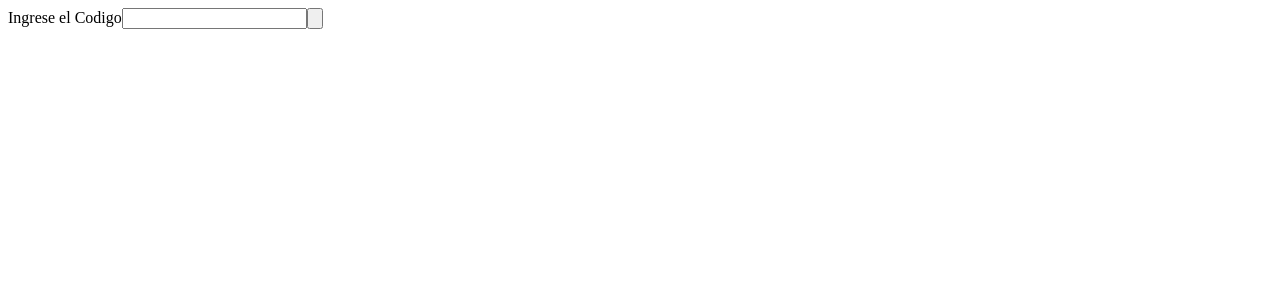
Repository: yoshitomimaehara/sdpa
Page: http://localhost/Sistema_de_Pruebas_Academicas/alumno_consultar.jsp
An editor plug-in stored every save of this project. The page is shown before and after the next save, followed by the edit.
The browser window is 1280 px wide. The pictures show the whole page.
The page is served by Tomcat 9.

Above is the page before, as saved 2013-10-04 23:01:02.

After the next save:
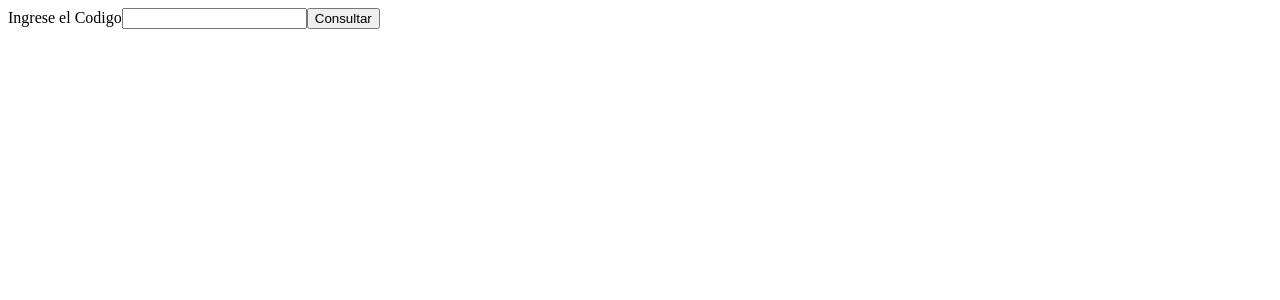
Saved 41 min 54 s later.
--- a/Web/Sistema de Pruebas Academicas/Sistema de Pruebas Academicas/WebContent/alumno_consultar.jsp
+++ b/Web/Sistema de Pruebas Academicas/Sistema de Pruebas Academicas/WebContent/alumno_consultar.jsp
@@ -8,7 +8,8 @@
 </head>
 <body>
 	<form action="consultaalumno" method="post">
-	<label>Ingrese el Codigo</label><input type="text"/><input type="button" val="Consultar"/>
+	<label>Ingrese el Codigo</label><input type="text"/><input type="button" value="Consultar"/>
+	<c:out value={}>
 	</form>
 </body>
 </html>
